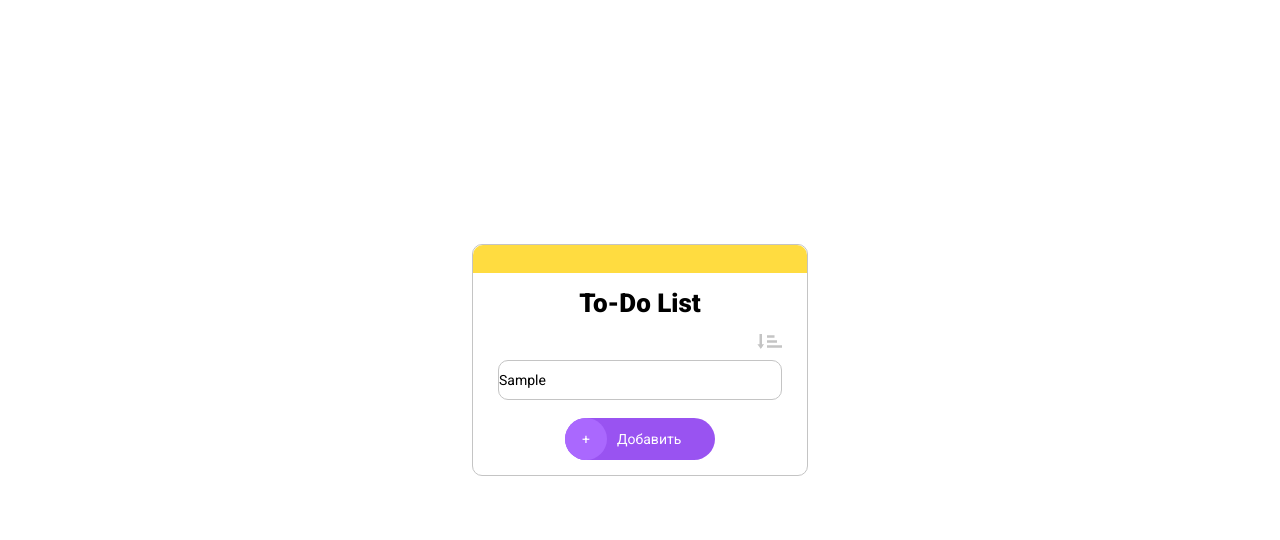
Repository: PoladEziz/Task-15
Page: index.html
The author's editor kept a copy of each file at every save. The page is drawn from the files as they stood at one save, then again after the next save.
The browser window is 1280 px wide. The pictures show the whole page.
Empty fields were first filled with sample values (such as "Sample", 5 or name@example.com).
After loading, the first visible `button.add-btn` was clicked once.
The style sheet was rebuilt from its Sass, Less or Tailwind sources for each picture, by a compiler version that may differ from the author's.

Above is the page before, as saved 2023-08-10 15:58:43.

After the next save:
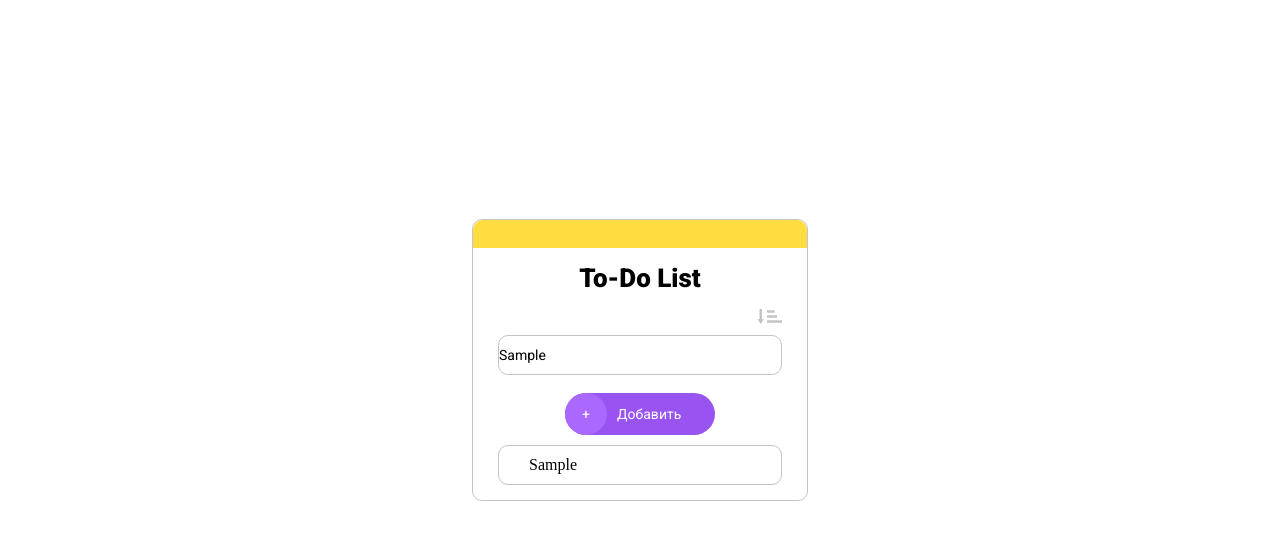
Saved 4 s later.
--- a/index.js
+++ b/index.js
@@ -8,6 +8,6 @@ function addList(e){
     console.log(input.value);
     let li = document.createElement('li')
     li.innerText= input.value
-    ul.style.display=
+    ul.style.display= 'flex'
     ul.append(li)
 }
